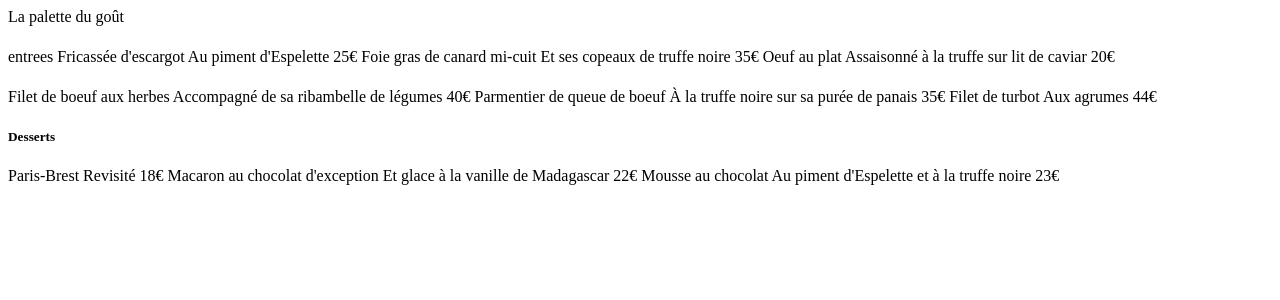
Repository: lysianebo/OHMYFOOD
Page: la_palette_du_goût.html
An editor plug-in stored every save of this project. The page is shown before and after the next save, followed by the edit.
The browser window is 1280 px wide. The pictures show the whole page.

Above is the page before, as saved 2022-10-22 15:15:11.

### la_palette_du_goût.html
<!DOCTYPE html>
<html lang="en">
<head>
    <meta charset="UTF-8">
    <meta http-equiv="X-UA-Compatible" content="IE=edge">
    <meta name="viewport" content="width=device-width, initial-scale=1.0">
    <title>Document</title>
</head>
<body>
    La palette du goût

    <h5></h5>entrees
    Fricassée d'escargot
    Au piment d'Espelette
    25€

    Foie gras de canard mi-cuit
    Et ses copeaux de truffe noire
    35€

    Oeuf au plat
    Assaisonné à la truffe sur lit de caviar
    20€


  <h5></h5>
    Filet de boeuf aux herbes
    Accompagné de sa ribambelle de légumes
    40€

    Parmentier de queue de boeuf
    À la truffe noire sur sa purée de panais
    35€

    Filet de turbot
    Aux agrumes
    44€

   <h5> Desserts </h5>
    Paris-Brest
    Revisité
    18€

    Macaron au chocolat d'exception
    Et glace à la vanille de Madagascar
    22€

    Mousse au chocolat
    Au piment d'Espelette et à la truffe noire
    23€

</body>
</html>

After the next save:
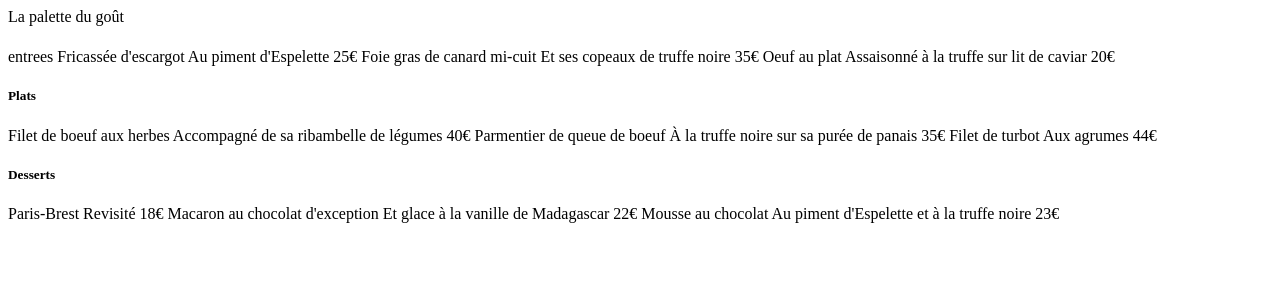
Saved 5 s later.
--- a/la_palette_du_goût.html
+++ b/la_palette_du_goût.html
@@ -23,7 +23,7 @@
     20€
 
 
-  <h5></h5>
+  <h5>  Plats</h5>
     Filet de boeuf aux herbes
     Accompagné de sa ribambelle de légumes
     40€
